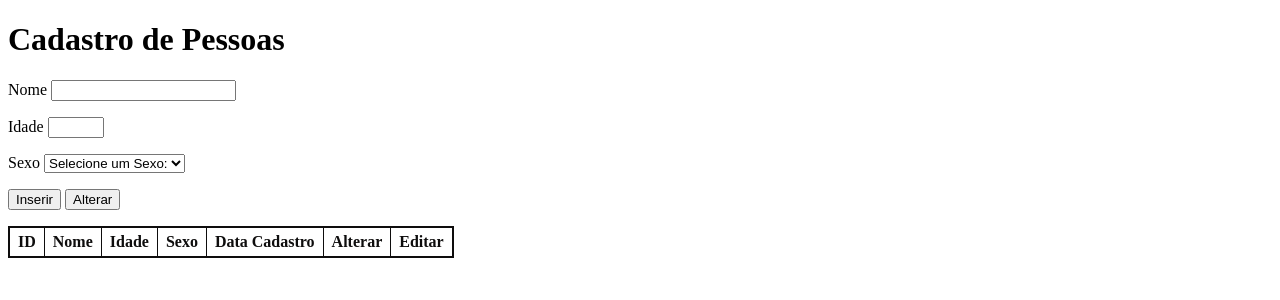
Repository: willisabino/Cadastrar-Pessoas
Page: http://localhost/cadastrarPessoas2/pessoaservlet
These files come from the project's save history. The page is drawn as it stood at one moment and after the next save; the edit follows.
The browser window is 1280 px wide. The pictures show the whole page.
The page is served by Tomcat 9. Other server files are loaded and not shown. Queries for data that is not in the repository find no rows.

Above is the page before, as saved 2022-05-22 05:08:23.

### cadastrarPessoas2/src/main/webapp/index.jsp
<%@page import="br.com.cadastrarpessoa.servlet.PessoaServlet"%>
<%@page import="br.com.cadastrarpessoa.service.PessoaService"%>
<%@page import="java.util.ArrayList"%>
<%@page import="br.com.cadastrarpessoa.model.Pessoa"%>
<%@page import="java.util.List"%>
<%@ page language="java" contentType="text/html; charset=ISO-8859-1"
	pageEncoding="ISO-8859-1"%>
<%@ taglib uri="http://java.sun.com/jsp/jstl/core" prefix="c"%>
<%@ taglib uri="http://java.sun.com/jsp/jstl/fmt" prefix="fmt"%>
<!DOCTYPE html>
<html>
<head>
<meta charset="ISO-8859-1">
<title>Cadastrar Pessoas</title>
<link rel="stylesheet" href="estilo.css">
</head>

<body>

	<form action="pessoaservlet" method="post">

		<h1>Cadastro de Pessoas</h1>

		<p hidden="hidden">
			<label for="id">ID</label> <input type="number" name="id" id="id">
		</p>
		<p>
			<label for="nome">Nome</label> <input type="text" name="nome"
				id="nome">
		</p>
		<p>
			<label for="nome">Idade</label> <input type="number" name="idade"
				id="idade" min="0" max="99">
		</p>
		<p>
			<label for="sexo">Sexo</label> <select name="sexo" id="sexo">
				<option>Selecione um Sexo:</option>
				<option value="m">Masculino</option>
				<option value="f">Feminino</option>
			</select>
		</p>
		<p>
			<input type="submit" value="Inserir" name="acao" id="inserir">
			<input type="submit" value="Alterar" name="acao" id="alterar">
		</p>
	</form>

	<table>
		<thead>
			<tr>
				<th>ID</th>
				<th>Nome</th>
				<th>Idade</th>
				<th>Sexo</th>
				<th>Data Cadastro</th>
				<th>Alterar</th>
				<th>Editar</th>
			</tr>
		</thead>
		<tbody>
			<c:forEach items="${ sessaoListaPessoa }" var="listaPessoas">

				<tr>
					<td>${ listaPessoas.id }</td>
					<td>${ listaPessoas.nome }</td>
					<td>${ listaPessoas.idade }</td>
					<td>${ listaPessoas.sexo }</td>
					<td><fmt:formatDate value="${ listaPessoas.dataCadastro }" pattern="dd/MM/yyy"/></td>
					<td>O</td>
					<td>X</td>
				</tr>

			</c:forEach>
		</tbody>
	</table>
</body>
</html>

### cadastrarPessoas2/src/main/java/br/com/cadastrarpessoa/servlet/PessoaServlet.java
package br.com.cadastrarpessoa.servlet;

import java.io.IOException;
import java.io.PrintWriter;
import java.util.ArrayList;

import javax.servlet.RequestDispatcher;
import javax.servlet.ServletException;
import javax.servlet.annotation.WebServlet;
import javax.servlet.http.HttpServlet;
import javax.servlet.http.HttpServletRequest;
import javax.servlet.http.HttpServletResponse;

import br.com.cadastrarpessoa.dao.PessoaDao;
import br.com.cadastrarpessoa.model.Pessoa;
import br.com.cadastrarpessoa.service.PessoaService;

/**
 * Servlet implementation class PessoaServlet
 */
@WebServlet("/pessoaservlet")
public class PessoaServlet extends HttpServlet {
	private static final long serialVersionUID = 1L;


	protected void doGet(HttpServletRequest request, HttpServletResponse response) throws ServletException, IOException {

		response.setContentType("text/html");

		PessoaService pessoaService = new PessoaService();
		ArrayList<Pessoa> listaPessoa = new ArrayList<>();


		listaPessoa = pessoaService.chamaListaPessoaService();

		request.setAttribute("sessaoListaPessoa", listaPessoa);

		RequestDispatcher rd = request.getRequestDispatcher("index.jsp");
		rd.forward(request, response);
	}

}

### cadastrarPessoas2/src/main/java/br/com/cadastrarpessoa/service/PessoaService.java
package br.com.cadastrarpessoa.service;

import java.util.ArrayList;
import java.util.Date;

import br.com.cadastrarpessoa.dao.PessoaDao;
import br.com.cadastrarpessoa.model.Pessoa;

public class PessoaService {

	public ArrayList<Pessoa> chamaListaPessoaService() {

		PessoaDao pessoaDao = new PessoaDao();
		ArrayList<Pessoa> listaPessoa = new ArrayList<>();


		for(Pessoa p : pessoaDao.chamaListaPessoas()) {

			long id = p.getId();
			String nome = p.getNome();
			int idade = p.getIdade();
			String sexo = p.getSexo();
			Date data = new Date();

			listaPessoa.add(new Pessoa(id, nome, idade, sexo, data));
		}

		return listaPessoa;
	}
}

### cadastrarPessoas2/src/main/java/br/com/cadastrarpessoa/dao/PessoaDao.java
package br.com.cadastrarpessoa.dao;

import java.sql.Connection;
import java.sql.Date;
import java.sql.PreparedStatement;
import java.sql.ResultSet;
import java.util.ArrayList;

import br.com.cadastrarpessoa.factory.ConnectionFactory;
import br.com.cadastrarpessoa.model.Pessoa;

public class PessoaDao {

	public void inserirCadastro(Pessoa pessoa) {

		String sql = "INSERT INTO tb_ficha(nome, idade, sexo, dataCadastro) VALUES (?, ?, ?, ?)";

		Connection conn = null;
		PreparedStatement pstm = null;

		try {
			conn = ConnectionFactory.createConnectionToMySQL();

			pstm = (PreparedStatement) conn.prepareStatement(sql);

			pstm.setString(1, pessoa.getNome());
			pstm.setInt(2, pessoa.getIdade());
			pstm.setString(3, pessoa.getSexo());
			pstm.setDate(4, new Date(pessoa.getDataCadastro().getTime()));

			pstm.execute();

			System.out.println("Dados salvos!!!");

		}catch (Exception e) {

			e.printStackTrace();

		}finally {
			try{
				if(pstm!=null){
					pstm.close();
				}

				if(conn!=null) {
					conn.close();
				}
			}catch(Exception e) {
				e.printStackTrace();
			}
		}
	}


	public ArrayList<Pessoa> chamaListaPessoas(){

		String sql = "SELECT * FROM tb_ficha";

		ArrayList<Pessoa> pessoas = new ArrayList<Pessoa>();

		Connection conn = null;
		PreparedStatement pstm = null;

		ResultSet rset = null;

		try {
			conn = ConnectionFactory.createConnectionToMySQL();

			pstm = conn.prepareStatement(sql);

			rset = pstm.executeQuery();

			while(rset.next()) {

				Pessoa pessoa = new Pessoa();

				pessoa.setId(rset.getInt("id"));
				pessoa.setNome(rset.getString("nome"));
				pessoa.setIdade(rset.getInt("idade"));
				pessoa.setSexo(rset.getString("sexo"));
				pessoa.setDataCadastro(rset.getDate("dataCadastro"));

				pessoas.add(pessoa);
			}

		}catch (Exception e) {

			e.printStackTrace();

		}finally {
			try {
				if(rset != null) {
					rset.close();
				}

				if(pstm != null) {
					pstm.close();
				}

				if(conn!=null) {
					conn.close();
				}

			}catch(Exception e) {
				e.printStackTrace();
			}
		}

		return pessoas;
	}


	public void editarCadastro(Pessoa pessoa) {

		String sql = "UPDATE tb_ficha SET nome = ?, idade = ?, sexo = ?, dataCadastro = ? "+
		"WHERE id = ?";

		Connection conn = null;
		PreparedStatement pstm = null;

		try {
			conn = ConnectionFactory.createConnectionToMySQL();

			pstm = conn.prepareStatement(sql);

			pstm.setString(1, pessoa.getNome());
			pstm.setInt(2, pessoa.getIdade());
			pstm.setString(3, pessoa.getSexo());
			pstm.setDate(4, new Date(pessoa.getDataCadastro().getTime()));

			pstm.setLong(5, pessoa.getId());

			pstm.execute();

		}catch(Exception e) {

			e.printStackTrace();

		}finally {
			try {
				if(pstm!=null) {
					pstm.close();
				}

				if(conn!=null) {
					conn.close();
				}
			}catch(Exception e) {
				e.printStackTrace();
			}
		}

	}


	public void deletarCadastro(long id) {

		String sql = "DELETE FROM tb_ficha WHERE id = ?";

		Connection conn = null;

		PreparedStatement pstm = null;

		try {
			conn = ConnectionFactory.createConnectionToMySQL();

			pstm = conn.prepareStatement(sql);

			pstm.setLong(1, id);

			pstm.execute();

		}catch (Exception e) {

			e.printStackTrace();

		}finally {

			try {

				if(pstm != null) {

					pstm.close();

				}
				if(conn != null) {
					conn.close();
				}

			}catch(Exception e) {

				e.printStackTrace();
			}
		}
	}
}

### cadastrarPessoas2/src/main/java/br/com/cadastrarpessoa/factory/ConnectionFactory.java
package br.com.cadastrarpessoa.factory;

import java.sql.Connection;
import java.sql.DriverManager;

public class ConnectionFactory {

	private static final String USERNAME = "root";

	private static final String PASSWORD = "root";

	private static final String DATABASE_URL = "jdbc:mysql://localhost:3306/db_cadastro";

	public static Connection createConnectionToMySQL() throws Exception{

		Class.forName("com.mysql.jdbc.Driver");

		Connection connection = DriverManager.getConnection(DATABASE_URL, USERNAME, PASSWORD);

		return connection;
	}

	public static void main(String[] args) throws Exception {

		Connection con = createConnectionToMySQL();

		if(con!=null) {
			System.out.println("Conexão obtida com sucesso!");
			con.close();
		}

	}

}

### cadastrarPessoas2/src/main/webapp/estilo.css
@charset "UTF-8";

table {
    border: 2px solid rgb(14, 13, 13);
    border-collapse: collapse;
    background-color: white;
  }

th, tr, td {
    border: solid 1px rgb(14, 13, 13);
    color: rgb(14, 13, 13);
    background-color: white;
    padding: 5px 8px;
    text-align: center;
}

After the next save:
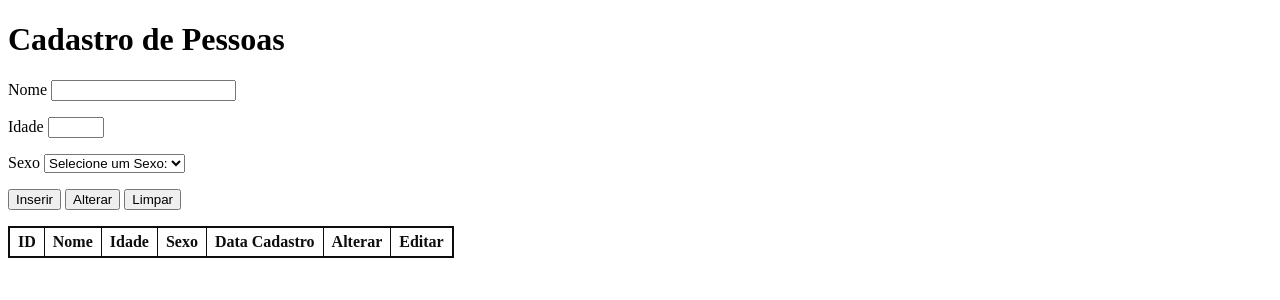
Saved 30 s later.
--- a/cadastrarPessoas2/src/main/webapp/index.jsp
+++ b/cadastrarPessoas2/src/main/webapp/index.jsp
@@ -42,6 +42,7 @@
 		<p>
 			<input type="submit" value="Inserir" name="acao" id="inserir">
 			<input type="submit" value="Alterar" name="acao" id="alterar">
+			<input type="submit" value="Limpar" name="acao" id="limpar">
 		</p>
 	</form>
 
